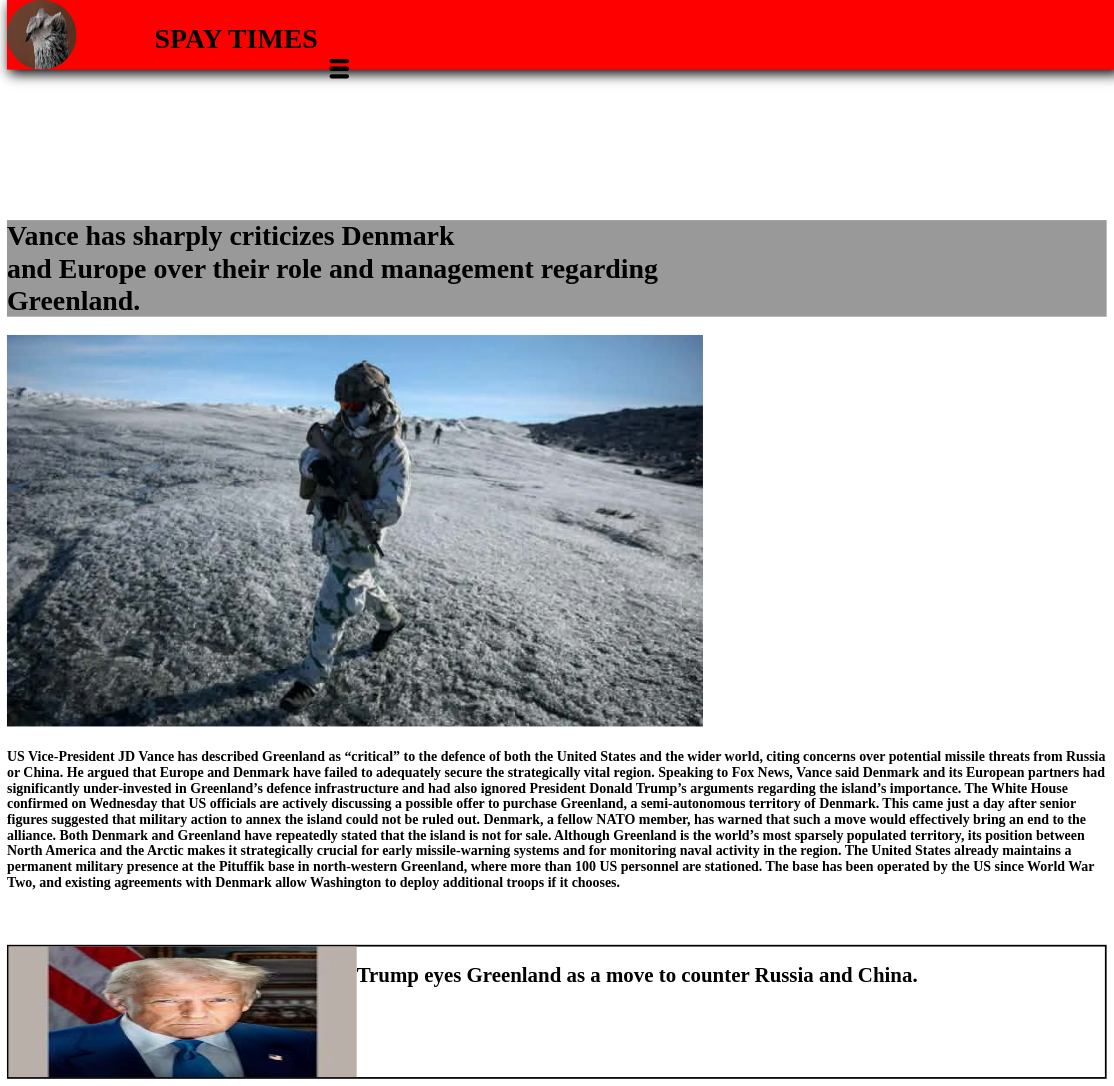
Repository: ridhukhan/spytimes
Page: /
These files come from the project's save history. The page is drawn as it stood at one moment and after the next save; the edit follows.
The browser window is 1280 px wide. The pictures show the whole page, at 87% of full size.
The project was rebuilt for these pictures with package versions that can differ from the ones it lists, and the page was loaded fresh each time. Also part of the build but not shown: vite.config.js, src/nav/Navbar.css, src/components/policy/PrivecyPolicy.jsx, src/components/policy/Terms.jsx.

Above is the page before, as saved 2026-01-10 20:27:20.

After the next save:
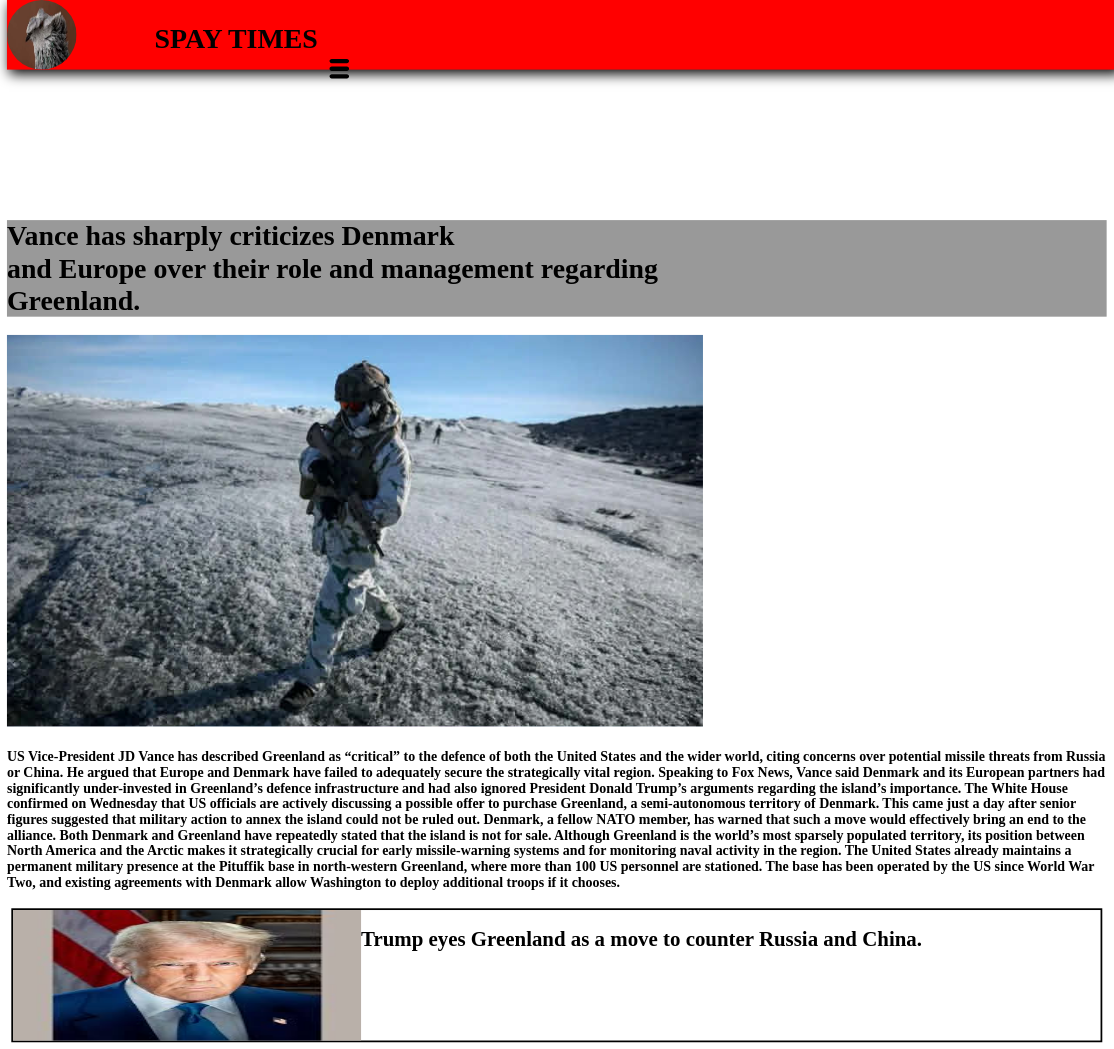
Saved 11 s later.
--- a/src/components/trending/Trending.jsx
+++ b/src/components/trending/Trending.jsx
@@ -2,7 +2,7 @@ import React from 'react'
 import donaldtrump from "../../assets/donaldtrump.jpeg"
 const Trending = () => {
   return (
-    <div style={{display:"flex", marginTop:"5%", border:"2px solid black"}}>
+    <div style={{display:"flex", marginTop:"5%", border:"2px solid black", margin:"5px"}}>
 
 <img src={donaldtrump} alt="donaldtrump" style={{width:"400px", height:"150px"}}/>
 <h2>Trump eyes Greenland as a move to counter Russia and China.</h2>
